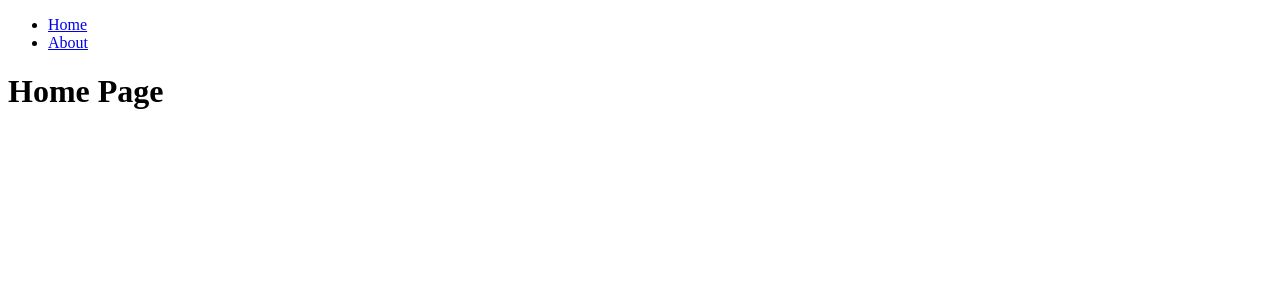
Repository: DanielJMaia/Thorin
Page: http://localhost/
The author's editor kept a record of every edit. The page is drawn from the files as they stood at one moment, then again after the next edit.
The browser window is 1280 px wide. The pictures show the whole page.
The page is served by the project's application, run on Flask 3 (run.py).

Above is the page before.

After the next edit:
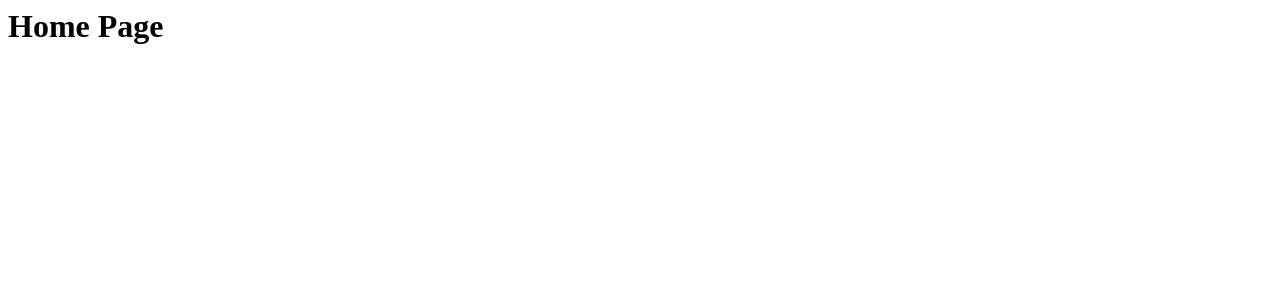
The edit:
--- a/templates/index.html
+++ b/templates/index.html
@@ -1,23 +1,3 @@
-<!DOCTYPE html>
-<html lang="en">
 
-<head>
-    <meta charset="UTF-8">
-    <meta name="viewport" content="width=device-width, initial-scale=1.0">
-    <meta http-equiv="X-UA-Compatible" content="ie=edge">
-    <title>Hello Flask</title>
-</head>
-
-<body>
-    <nav>
-        <ul>
-            <li><a href="#">Home</a></li>
-            <li><a href="#">About</a></li>
-        </ul>
-    </nav>
 
     <h1>Home Page</h1>
-
-</body>
-
-</html>
